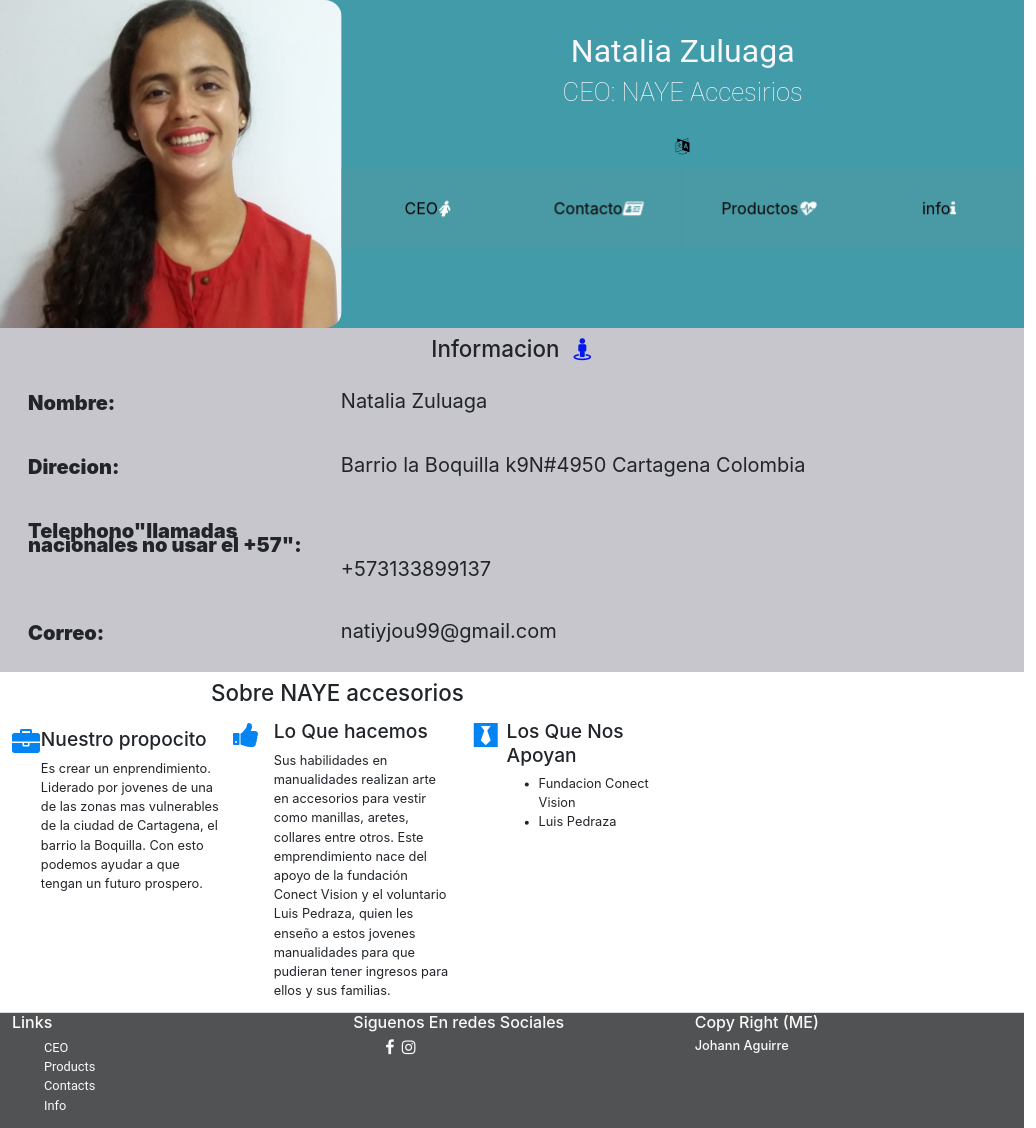
Repository: cachimiro/1-mile-stone-project
Page: index.html
The author's editor kept a record of every edit. The page is drawn from the files as they stood at one moment, then again after the next edit.
The browser window is 1280 px wide. The page is 1295 px wide, so the pictures cover 1295 px, including what lies to the right of the window. The pictures show the whole page, at 80% of full size.
Some web libraries are served in a nearby version.

Above is the page before.

### index.html
<!DOCTYPE html>
<html lang="es">

<head>
    <meta charset="UTF-8">
    <meta name="viewport" content="width=device-width, initial-scale=1.0">
    <meta http-equiv="X-UA-Compatible" content="ie=edge">
    <link rel="stylesheet" href="https://stackpath.bootstrapcdn.com/bootstrap/4.2.1/css/bootstrap.min.css" type="text/css" />
    <link rel="stylesheet" href="https://stackpath.bootstrapcdn.com/font-awesome/4.7.0/css/font-awesome.min.css" type="text/css" />
    <link rel="stylesheet" href="https://cdnjs.cloudflare.com/ajax/libs/hover.css/2.3.1/css/hover-min.css" type="text/css" />
    <link rel="stylesheet" href="css/style.css" type="text/css" />
    <title>NAYE accesirios</title>
</head>

<body>
    <header>
        <div class="row no-gutters">
            <a href="#" class="col-sm logo ">

            </a>

            <div class="col-md-8">
                <div class="row no-gutters">
                    <div class="col heading bg-color-name-title">
                        <h1 class="name">Natalia Zuluaga</h1>
                        <h2 class="title">CEO: NAYE Accesirios</h2>
                        <div class="dropdown">
                            <button class="dropbtn"><i class="fa fa-language"></i></button>
                            <div class="dropdown-content">
                                <a href="index-english.html">English</a>
                            </div>
                        </div>


                    </div>
                </div>
                <div class="row no-gutters inline-block">
                    <div class="col"></div>
                    <ul id="nav" class="list-inline menucontainer">
                        <li class="col-6 col-sm-3 ui-menu-color-ceo list-inline-item menuitem hvr-bounce-to-bottom">
                            <a href="#">CEO<i class="fa fa-ceo hvr-icon" aria-hidden="true"> <span><i class="fas fa-female"></i></span></i>  </a>
                        </li>
                        <li class="col-6 col-sm-3 ui-menu-color-contacto list-inline-item menuitem hvr-bounce-to-bottom">
                            <a href="contactos.html">Contacto<i class="fa fa-contact hvr-icon" aria-hidden="true"> <span><i class="far fa-id-card"></i></span></i>  </a>
                        </li>
                        <li class="col-6 col-sm-3 ui-menu-color-productos list-inline-item menuitem hvr-bounce-to-bottom">
                            <a href="productos.html"> Productos<i class="fa fa-crown hvr-icon" aria-hidden="true"> <span><i class="fas fa-heartbeat"></i></span></i>  </a>
                        </li>
                        <li class="col-6 col-sm-3 ui-menu-color-info list-inline-item menuitem hvr-bounce-to-bottom">
                            <a href="informacion.html">info<i class="fa fa-info hvr-icon" aria-hidden="true"></i>  </a>
                        </li>

                        </li>
                    </ul>

                </div>

            </div>
        </div>
    </header>
    <section class="container-fluid">
        <div class="row">
            <div class="col bg-color-personal-info section-column colour-of-infimacion">
                <div class="row">
                    <div class="col-12">
                        <h3 class="section-heading uppercase">Informacion <i class="fa fa-street-view"></i></h3>
                    </div>
                </div>
                 <div class="personal-info-item">
                    <div class="key">
                        <p class="uppercase">
                            Nombre:

                        </p>
                    </div>
                    <div class="value">
                        <p>
                            Natalia Zuluaga

                        </p>
                    </div>
                </div>
                <div class="personal-info-item">
                    <div class="key">
                        <p class="uppercase">
                            Direcion:

                        </p>
                    </div>
                    <div class="value">
                        <p>
                            Barrio la Boquilla k9N#4950 Cartagena Colombia

                        </p>
                    </div>
                </div>
                 <div class="personal-info-item">
                    <div class="key">
                        <p class="uppercase">
                            Telephono"llamadas nacionales no usar el +57":

                        </p>
                    </div>
                    <div class="value">
                        <p class="move-right">
                        +573133899137

                        </p>
                    </div>
                </div>
                 <div class="personal-info-item">
                    <div class="key">
                        <p class="uppercase">
                            Correo:

                        </p>
                    </div>
                    <div class="value">
                        <p>
                            natiyjou99@gmail.com

                        </p>
                    </div>
                </div>
            </div>
            <div class="row">
            <div class="col-md-8 bg-color-three-reasons section-column">
                <div class="row">
                    <div class="col">
                        <h3 class="section-heading uppercase">Sobre NAYE accesorios</h3>
                    </div>
                </div>
                    <div class="row">
                        <div class="col-10 offset-1 offset-sm-0 col-sm-4 col-md-4">
                            <div class="row">
                                <div class="col-2">
                                    <i class=" move-icon three-reasons-icon fa fa-briefcase" aria-hidden="true"></i>
                                </div>
                                <div class="col-10">
                                    <h4 class="three-reasons-heading uppercase add-padding">Nuestro  propocito</h4>
                                    <p> Es crear un enprendimiento. Liderado por jovenes
                                    de una de las zonas mas vulnerables de la ciudad de Cartagena,
                                    el barrio la Boquilla. Con esto podemos ayudar a que tengan un futuro prospero. </p>
                                </div>
                            </div>
                        </div>
                         <div class="col-10 offset-1 offset-sm-0 col-sm-4 col-md-4">
                            <div class="row">
                                <div class="col-2">
                                    <i class="three-reasons-icon fa fa-thumbs-up" aria-hidden="true"></i>
                                </div>
                                <div class="col-10">
                                    <h4 class="three-reasons-heading uppercase">Lo Que hacemos </h4>
                                    <p> Sus habilidades en manualidades realizan arte en accesorios para vestir
                                       como manillas, aretes, collares entre otros. Este emprendimiento
                                       nace del apoyo de la fundación Conect Vision y el voluntario Luis Pedraza,
                                       quien les enseño a estos jovenes manualidades para que pudieran tener ingresos
                                       para ellos y sus familias.</p>
                                </div>
                            </div>
                        </div>
                         <div class="col-10 offset-1 offset-sm-0 col-sm-4 col-md-4">
                            <div class="row">
                                <div class="col-2">
                                    <i class="move-icon-3 three-reasons-icon fa fa-black-tie" aria-hidden="true"></i>
                                </div>
                                <div class="col-10">
                                    <h4 class="three-reasons-heading uppercase">Los Que Nos Apoyan</h4>
                                    <ul>
                                        <li>Fundacion Conect Vision</li>
                                        <li class"add-padding-3">Luis Pedraza</li>
                                    </ul>
                                </div>
                            </div>
                        </div>

                    </div>

            </div>
        </div>
        </div>


    </section>



    <footer class="container-fluid">
        <div id="footer-detail" class="row">
            <div class="col-sm-4">
                <h5 class="uppercase general-sub">Links</h5>
                <p class="inline-block">
                    <ul class="links-footer">
                        <a href="#">
                            <li>
                                CEO
                            </li>
                        </a>
                         <a href="productos.html">
                            <li>
                                Products
                            </li>
                        </a>
                         <a href="contactos.html">
                            <li>
                                Contacts
                            </li>
                        </a>
                         <a href="informacion.html">
                            <li>
                                Info
                            </li>
                        </a>
                    </ul>
                </p>
            </div>
            <div class="col-sm-4">
                <h5 class="uppercase general-sub">Siguenos En redes Sociales</h5>
                <ul class="social-media-icons">
                    <li class="list-inline-item">
                        <a href="https://m.facebook.com/Nayeaccesorio/" target="_blank" class="">
                        <i class="fa fa-facebook" aria-hidden="true"></i>
                        <span class="sr-only">Facebook</span>
                        </a>
                    </li>
                    <li class="list-inline-item"></li>
                    <a href="https://www.instagram.com/nayeaccesorios/" target="_blank" class="">
                         <i class="fa fa-instagram" aria-hidden="true"></i>
                            <span class="sr-only">Instagram</span>
                            </a>
                    </li>
                </ul>
            </div>
             <div class="col-sm-4">
                <h5 class="uppercase general-sub"> Copy Right (ME)</h5>
                <h6>Johann Aguirre</h6>

            </div>
        </div>


    </footer>
</body>

</html>

### css/style.css
@import url('https://fonts.googleapis.com/css?family=Roboto+Slab&display=swap');
/*----------colours*/

header {
    margin: 0;
    background-color: #419ba8;
    color: #f9f7fa;


}

.bg-color-name-title {
    padding-top: 30px;
}


.ui-menu-color-ceo {
    background-color:#499aa5;
    transition: all .5s ease-in-out;
    -moz-transition: all .5s ease-in-out;
    -webkit-transition: all .5s ease-in-out;


}

.ui-menu-color-contacto {
    background-color: #499aa5;
    transition: all .5s ease-in-out;
    -moz-transition: all .5s ease-in-out;
    -webkit-transition: all .5s ease-in-out;

}

.ui-menu-color-productos {
    background-color: #499aa5;
    transition: all .5s ease-in-out;
    -moz-transition: all .5s ease-in-out;
    -webkit-transition: all .5s ease-in-out;

}

.ui-menu-color-info {
    background-color: #499aa5;
    transition: all .5s ease-in-out;
    -moz-transition: all .5s ease-in-out;
    -webkit-transition: all .5s ease-in-out;

}

/*---------------sosial links colors*/

.social-links i {
    color: black;
}

/*-------------------heading, decoration*/

.list-inline-item:not(:last-child) {
    margin: 0;
}

.bg-color-name-title {
    padding-top: 30px;
    font-family: "roboto", sans-serif;
    text-align: center;
}

.title {
    font-weight: 200;
    padding-bottom: 15px;
}

.name {
    font-weight: 400;
    padding-top: 10px;
}





i {
    color: #fafafa;

}

.inline-block {
    display: inline;
}

a {
    color: #0d0101;
}

a:hover {
    text-decoration: none;
    color: #fafafa;
}

.logo {
    background: url("../photo/natalia.jpg");
    background-position: center;
    background-repeat: no-repeat;
    background-size: cover;
    height: 410px;
    width: 370px;
    border-top-right-radius: 5%;
    border-bottom-right-radius: 5%;
    transition: all .5s ease-in-out;
    -moz-transition: all .10s ease-in-out;
    -webkit-transition: all .10s ease-in-out;
}

.menucontainer {
    font-size: 0;
}



#nav li {
    font-size: 20px;
    padding: 0;

}

.menuitem {
    line-height: 100px;
    text-align: center;

}


/*----------------drop down button*/

.dropbtn {
    background-color: transparent;
    color: #222020;
    padding: 16px;
    font-size: 12px;
    border: none;
}

.dropdown i {
    color: #000000;
    font-size: 20px;
}

.dropdown {
    position: static;
    display: inline-block;
    text-align: right;

}

.dropdown-content {
    display: none;
    position: absolute;
    background-color: #fafafa;
    min-width: 16px;
    box-shadow: 0px 8px 16px 0px rgba(0, 0, 0, 0.2);
    z-index: 1;
    border-radius: 20%;
}

.dropdown-content a {
    color: #000000;
    padding: 12px 16px;
    text-decoration: none;
    display: block;
}

.dropdown-content a:hover {
    background-color: #eb1e03;
    border-radius: 50%;


}

.dropdown:hover .dropdown-content {
    display: block;
}

.dropdown:hover .dropbtn {
    background-color: none;


}

/*-----------------------------section personal informtion informacion*/

.section-heading {
    padding: 10px;
    text-align: center;
}

.add-padding {
    padding-top: 10px;
}

.add-padding-3 {
    padding-bottom: 50px;
}

.move-icon {
    padding-left: 15px;
    padding-top: 10px;
}

.move-icon-3 {
    padding-left: 10px
}

.three-reasons-icon {
    color: #0284f3;
    font-size: 35px;

}

.colour-of-infimacion {
    background-color: #c6c6cc;
    line-height: 18px;

}


.personal-info-item {
    font-size: 25px;
    margin-bottom: 20px;
    padding: 20px;
    display: block;
    clear: both;

}

.col-md-4 {
    padding-right: 0;
}

.personal-info-item .key,
.personal-info-item .value {
    padding-right: 8px;
    display: inline-block;

}

.personal-info-item .key p,
.personal-info-item .value p {
    margin: 0;
}

.move-right {
    padding-top: 50px;
}

.personal-info-item .key {
    width: 30%;
    margin-right: 21px;
    padding-top: 2px;
    vertical-align: top;
}

.personal-info-item .key p {
    font-weight: 900;

}

.personal-info-item .value {
    position: relative;
    width: 60%;
}

/*----------------------------section icons*/

h3 i {
    color: #0517ea;
    padding-left: 10px;
}

/*---------------------footer links*/

.links-footer {
    font-family: "roboto", sans-serif;
    padding-right: 250px;



}

.links-footer li {
    color: #fafafa;
    text-decoration: none;
    list-style-type: none;
}

.links-footer li:hover {
    color: #e80c0c;


}

/*-----------------------footer*/

.social-media-icons i {
    color: #fafafa;
    text-align: center;
    font-size: 20px;


}

.social-media-icons i:hover {
    background-color: #e80c0c;
    border-radius: 50%;
    height: 30px;
    width: 30px;
    padding-top: 5px;
    transition-duration: 1s;



}

footer {
    background-color: #505254;
    margin: 0;
    color: #fafafa;


}




/*---------------------------------productos.html*/

/*------------------------------header*/

.productos-html {
    background: url("../photo/cano.jpg");
    background-repeat: none;
}

.bg-color-photo-section {
    background: url("../photo/cano.jpg");
    background-repeat: none;
}

.logo-2 {
    text-align: center;
    top: -56px;
    background-repeat: no-repeat;
    width: 280px;
    height: 280px;
    margin: 0px;
    padding: 0px;
    background-color: #499aa5;
    transition: all 2s ease-in-out;
    -moz-transition: all 2s ease-in-out;
    -webkit-transition: all 2s ease-in-out;
}


.nowrap {
    flex-wrap: wrap-reverse;
}

/*--------------------------------------------section*/

/*----------------------------------image*/

.photo-adjust {
    margin: 0;
    padding: 0;
    display: block;
    top: -21px;
    line-height: 20px;


}

.photo-1 {
    border-radius: 50%;
    -webkit-transition: border-radius 2s;
    transition: border-radius 2s;
}

.photo-1:hover {
    border-radius: 0;
    transition-duration: 1s;

}



.dropdown-links {
    line-height: 100px;
    text-align: center;

}

.dropbtn-links {
    top: -56px;
    padding: 0;
    margin: 0;
}

/*--------------------------hover image information*/

.font-style {
    color: #111111;
    font-family: "roboto", sans-serif;
    font-weight: 600;
    text-align: center;
    text-shadow: 2px 2px #28c7db;
    padding: 10px;
}

/*-------------------------drop-down-button-2*/

.dropdown-2 {
    position: static;
    right: -500px;
    top: 13;
    z-index: 1;

}

.dropbtn-2 {
    background-color: transparent;
    color: #222020;
    padding: 16px;
    font-size: 12px;
    border: none;
}

.dropdown-2 i {
    color: #222020;
    font-size: 20px;
}




.dropdown-content-2 {
    display: none;
    position: absolute;
    background-color: #fafafa;
    min-width: 16px;
    box-shadow: 0px 8px 16px 0px rgba(0, 0, 0, 0.2);
    z-index: 1;
    border-radius: 20%;
}

.dropdown-content-2 a {
    color: #000000;
    padding: 12px 16px;
    text-decoration: none;
    display: block;
}

.dropdown-content-2 a:hover {
    background-color: #eb1e03;
    border-radius: 50%;


}

.dropdown-2:hover .dropdown-content-2 {
    display: block;
}

.dropdown-2:hover .dropbtn-2 {
    background-color: #3fbec8;


}

/*------------------------------------contactos.html*/

.bg-color-lightblue {
    background-color: #fafafa;
}

.logo-3 {
    text-align: center;
    top: -56px;
    background-repeat: no-repeat;
    width: 200px;
    height: 200px;
    margin: 0px;
    padding: 0px;
    position: static;
    background-color: #499aa5;
    transition: all 2s ease-in-out;
    -moz-transition: all 2s ease-in-out;
    -webkit-transition: all 2s ease-in-out;
}

.menuitem-1 {
    line-height: 100px;
    text-align: center;
}

/*---------------------------------contact form*/

.contact-firm {
    text-align: center;
    font-size: 40px;
    font-weight: 200;
    font-family: "roboto", sans-serif;
    padding: 20px;
    color: #000000;

}

input[type=email] {
    width: 100%;
    border-radius: 4px;
    margin-bottom: 10px;
    padding: 10px;
    border: 1px solid #cccccc;
}

input[type=text],
select,
textarea {
    width: 100%;
    padding: 12px;
    border: 1px solid #cccccc;
    border-radius: 4px;
    box-sizing: border-box;
    margin-top: 6px;
    margin-bottom: 16px;
    resize: vertical;
}

input[type=submit] {
    background-color: #b84bff;
    color: #fafafa;
    padding: 12px 20px;
    border: none;
    border-radius: 4px;
    cursor: pointer;
}

input[type=submit]:hover {
    background-color: #5009ff;
}

.container-6 {
    border-radius: 5px;
    background-color: #cacaca;
    padding: 20px;
}

/*--------------------------------info.html*/

.progress {
    border-radius: 10px;
}

.progress-bar {
    background-color: #122a2f;
}

.info-header {
    background-color: #419ba8;
}

.logo-4 {
    text-align: center;
    top: -56px;
    background-repeat: no-repeat;
    width: 280px;
    height: 300px;
    margin: 0px;
    padding: 0px;
    position: static;
}

.menuitem-3 {
    line-height: 100px;
    text-align: center;
    display: static;
    top: -20px;
}

.colour-section {
    background-color: #fafafa;
    color: #000000;
}

/*------------------------------media querys*/

@media (max-width: 450px) {
    section {
        width: 100%;
        line-height: 25px;
    }
}



@media (max-width: 450px) {
    section .colour-of-infimacion {
        border-radius: 0;
    }
}

@media (max-width: 450px) {
    header .logo {
        border-radius: 0;
        width: 100%;
    }
}

@media (max-width: 450px) {
    header .menuitem {
        border-radius: 0;
    }

}
@media (max-width: 1300px){
    body{
        position: static;
    }
}

After the next edit:
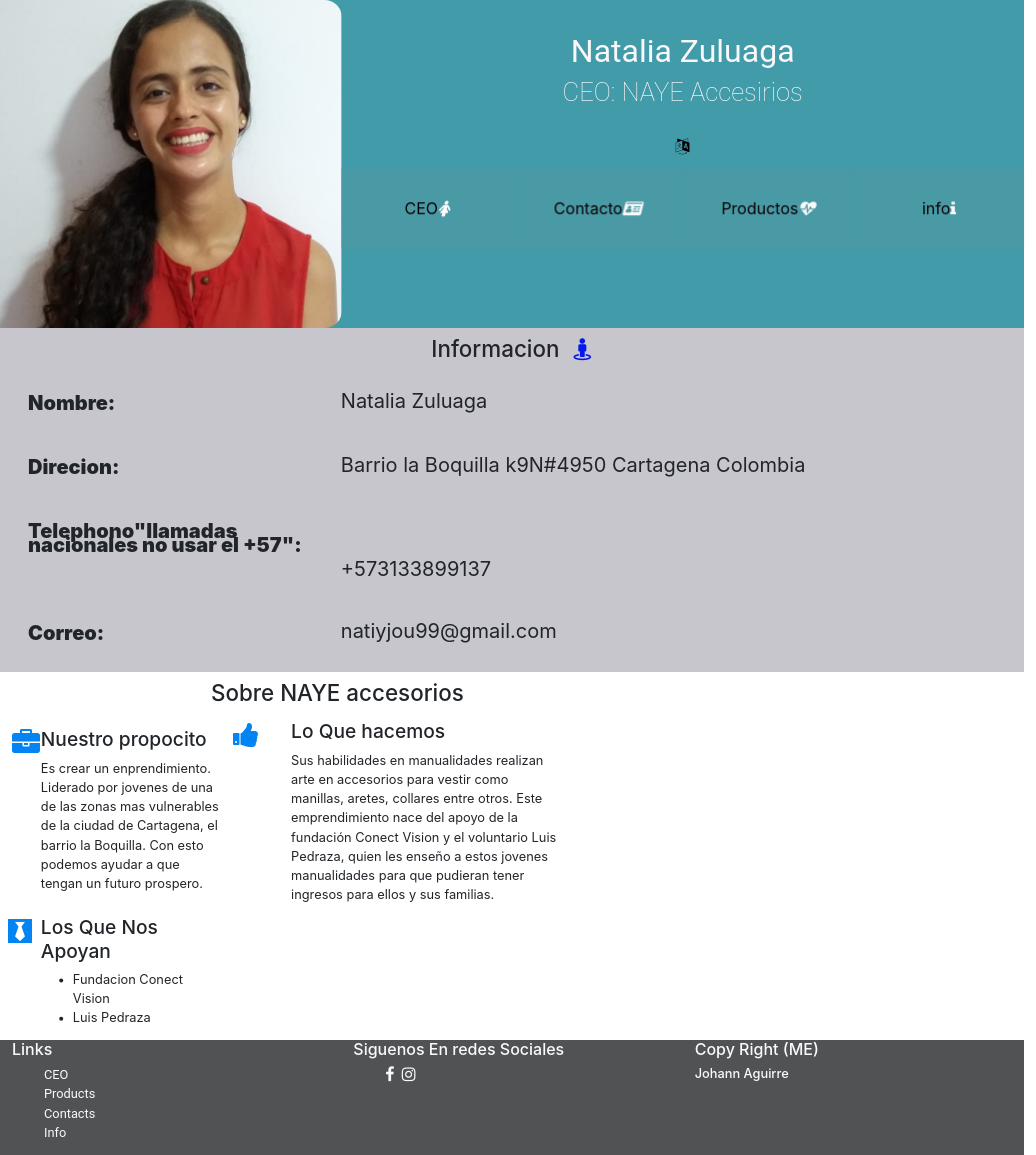
The edit:
--- a/index.html
+++ b/index.html
@@ -144,7 +144,7 @@
                                 </div>
                             </div>
                         </div>
-                         <div class="col-10 offset-1 offset-sm-0 col-sm-4 col-md-4">
+                         <div class="col-10 offset-1 offset-sm-0 col-sm-4 col-md-6">
                             <div class="row">
                                 <div class="col-2">
                                     <i class="three-reasons-icon fa fa-thumbs-up" aria-hidden="true"></i>
